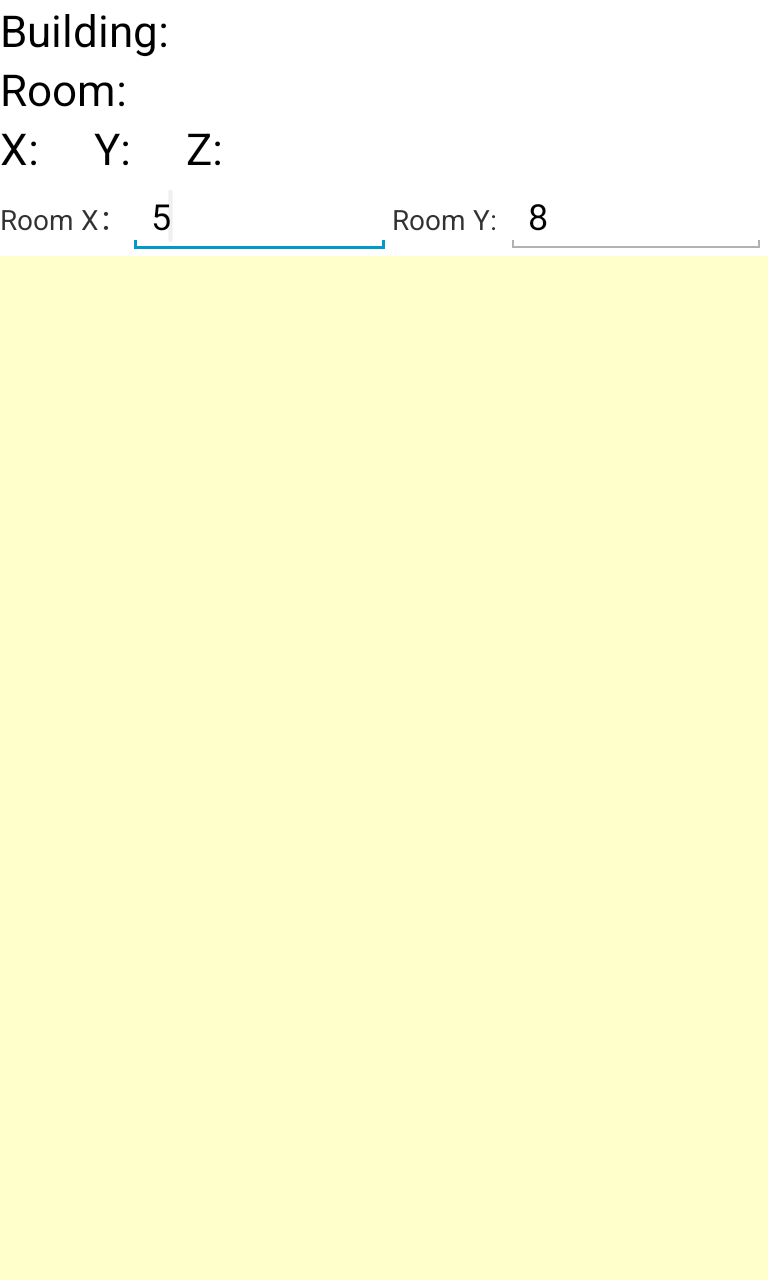
Repository: RenchuSong/tMap_Android
Layout: tmap_model_tool/res/layout/locating.xml
The author's editor kept a copy of each file at every save. The layout is drawn from the files as they stood at one save, then again after the next save.
It is drawn on a 768 x 1280 px phone screen (xhdpi) without system bars, with theme AppTheme; the app's code is not run.

Above is the layout before, as saved 2014-05-11 22:34:04.

After the next save:
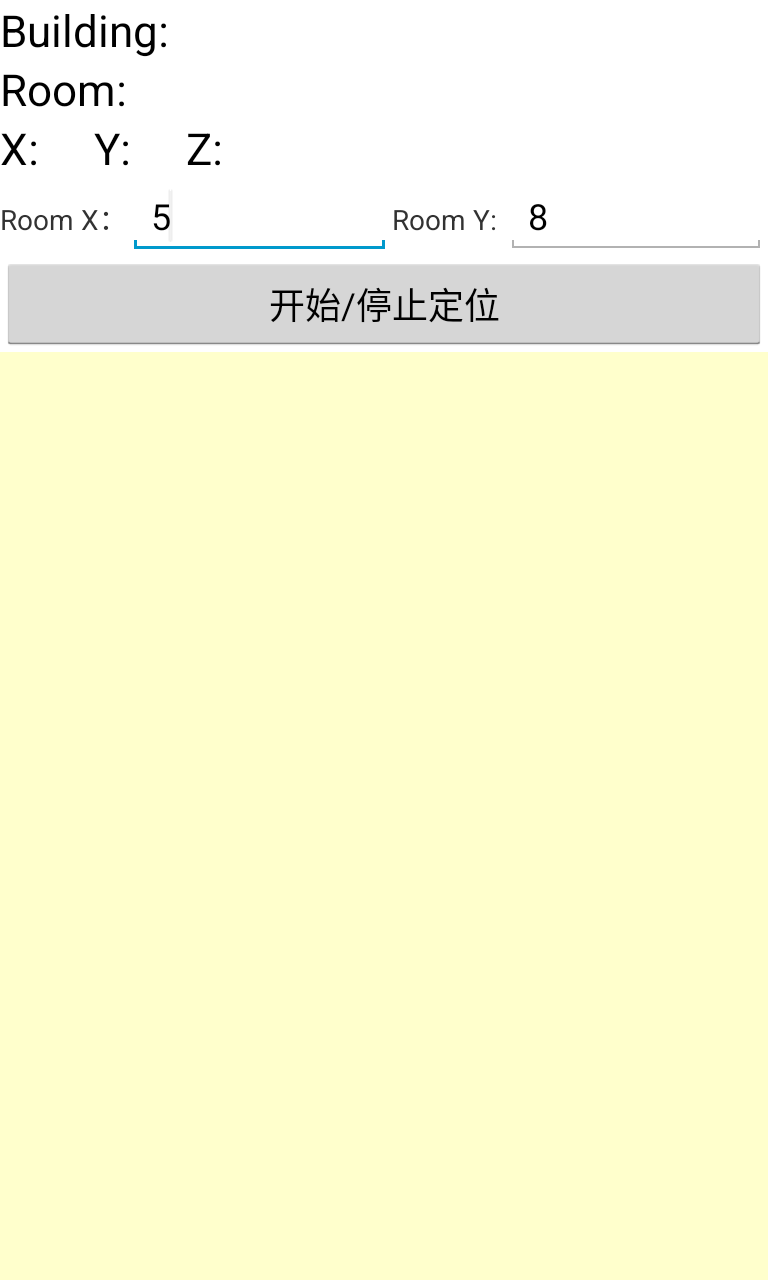
Saved 70 s later.
--- a/tmap_model_tool/res/layout/locating.xml
+++ b/tmap_model_tool/res/layout/locating.xml
@@ -62,6 +62,12 @@
 
     </LinearLayout>
 
+    <Button
+        android:id="@+id/start_stop"
+        android:layout_width="match_parent"
+        android:layout_height="wrap_content"
+        android:text="开始/停止定位" />
+
     <RelativeLayout
         android:layout_width="match_parent"
         android:layout_height="match_parent"
